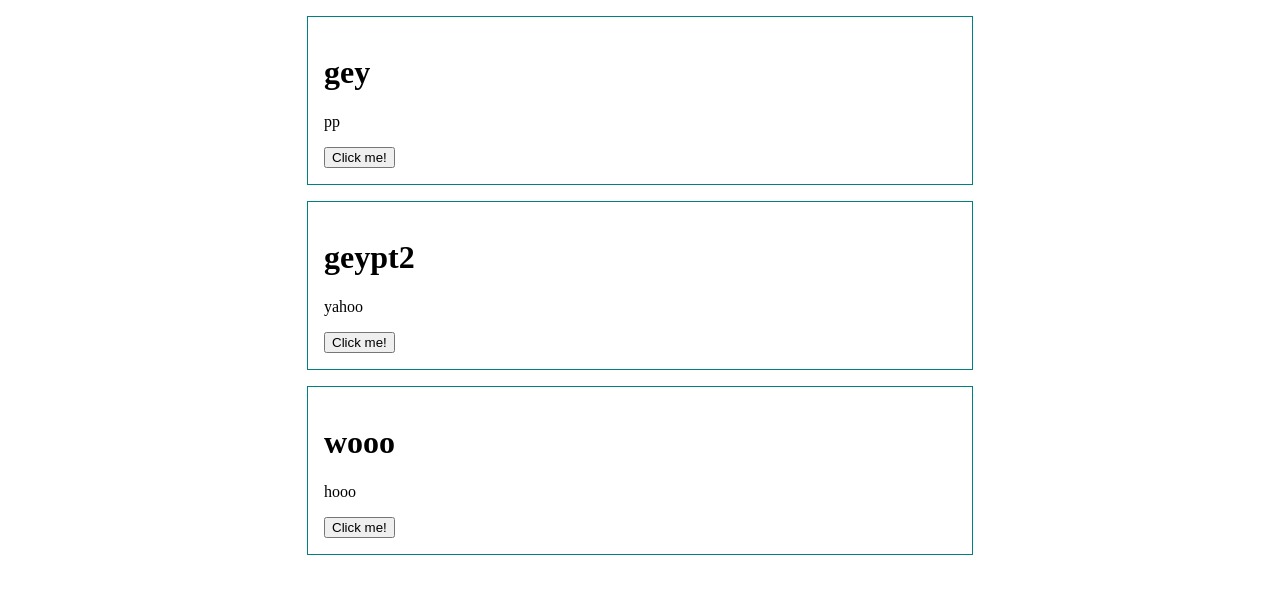
Repository: Sophia-Wan/COMP3170-Lab1
Page: / (app in Lab1/)
These files come from the project's save history. The page is drawn as it stood at one moment and after the next save; the edit follows.
The browser window is 1280 px wide. The pictures show the whole page.
The project was rebuilt for these pictures with package versions that can differ from the ones it lists, and the page was loaded fresh each time. Also part of the build but not shown: Lab1/vite.config.js.

Above is the page before, as saved 2025-09-08 12:25:53.

### Lab1/index.html
<!DOCTYPE html>
<html lang="en">
    <head>
        <meta charset="UTF-8" />
        <link
            rel="icon"
            type="image/svg+xml"
            href="/vite.svg" />
        <meta
            name="viewport"
            content="width=device-width, initial-scale=1.0" />
        <title>Getting started with React</title>
    </head>
    <body>
        <div id="root"></div>
        <script
            type="module"
            src="/src/main.jsx"></script>
    </body>
</html>

### Lab1/src/index.css
.exerpt {
    border: 1px solid teal;
    padding: 1em;
    margin: 1em auto;
    width: 50%;
}

### Lab1/src/App.jsx
import Excerpt from "./Excerpt";
function App() {
    return (
        <div>
            <Excerpt
                title='gey'
                body='pp'
            />
            <Excerpt
                title='geypt2'
                body='yahoo'
            />
            <Excerpt
                title='wooo'
                body='hooo'
            />
        </div>
    );
}

export default App;

### Lab1/src/Excerpt.jsx
function Excerpt(props) {
    return (
        <div class='exerpt'>
            <h1>{props.title}</h1>
            <p>{props.body}</p>
            <button>Click me!</button>
        </div>
    );
}

export default Excerpt;

Loaded but not shown: Lab1/src/main.jsx (common file)

After the next save:
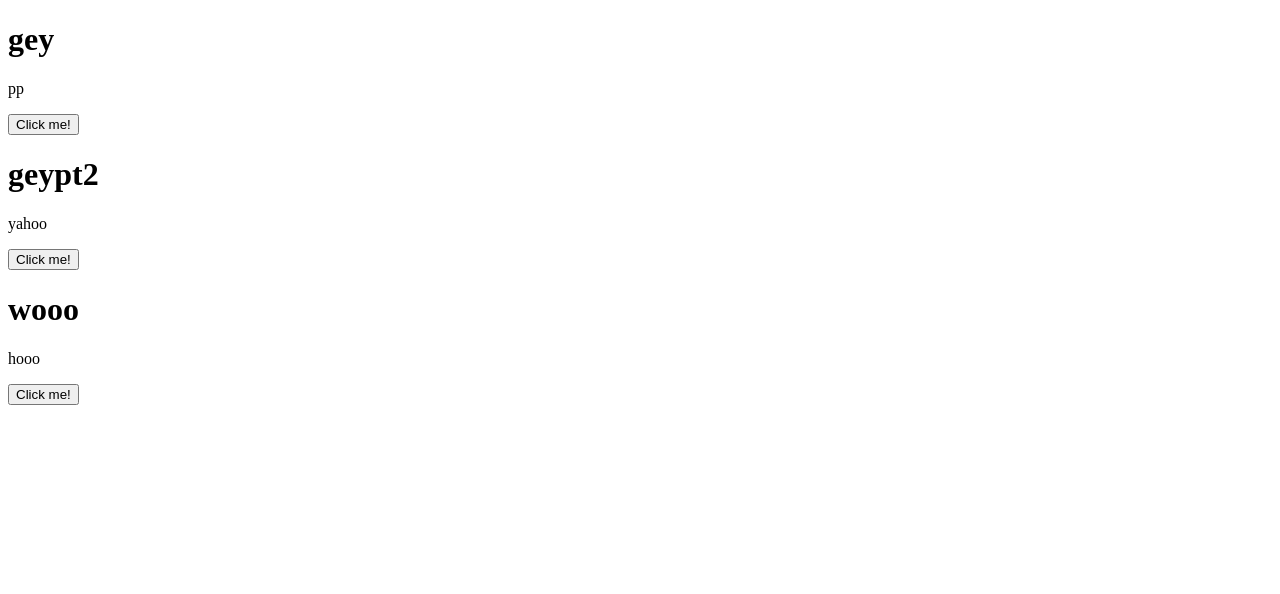
Saved 10 min 29 s later.
--- a/Lab1/src/Excerpt.jsx
+++ b/Lab1/src/Excerpt.jsx
@@ -1,6 +1,6 @@
 function Excerpt(props) {
     return (
-        <div class='exerpt'>
+        <div className='excerpt'>
             <h1>{props.title}</h1>
             <p>{props.body}</p>
             <button>Click me!</button>
